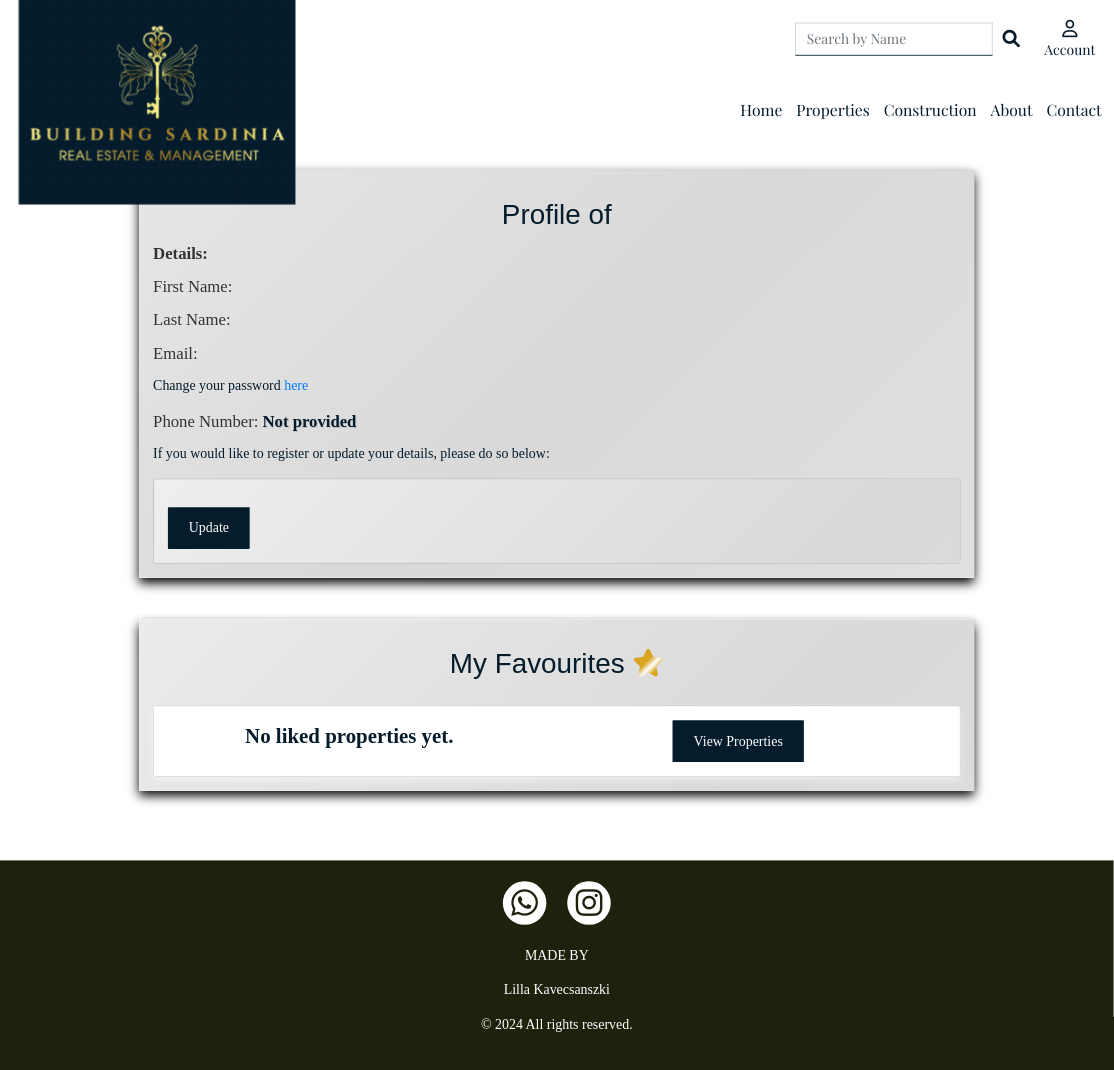
Repository: Lilla-Kavecsanszki/portfolio
Page: templates/profiles/user_profile.html
The author's editor kept a copy of each file at every save. The page is drawn from the files as they stood at one save, then again after the next save.
The browser window is 1280 px wide. The pictures show the whole page, at 87% of full size.
Some web fonts or font styles are not loaded; a fallback is used. The template is drawn by Django 3.2. The application's start-up code is not run. The template is opened directly, without the code that normally fills it, so the values that code supplies are empty.

Above is the page before, as saved 2024-10-07 18:22:51.

After the next save:
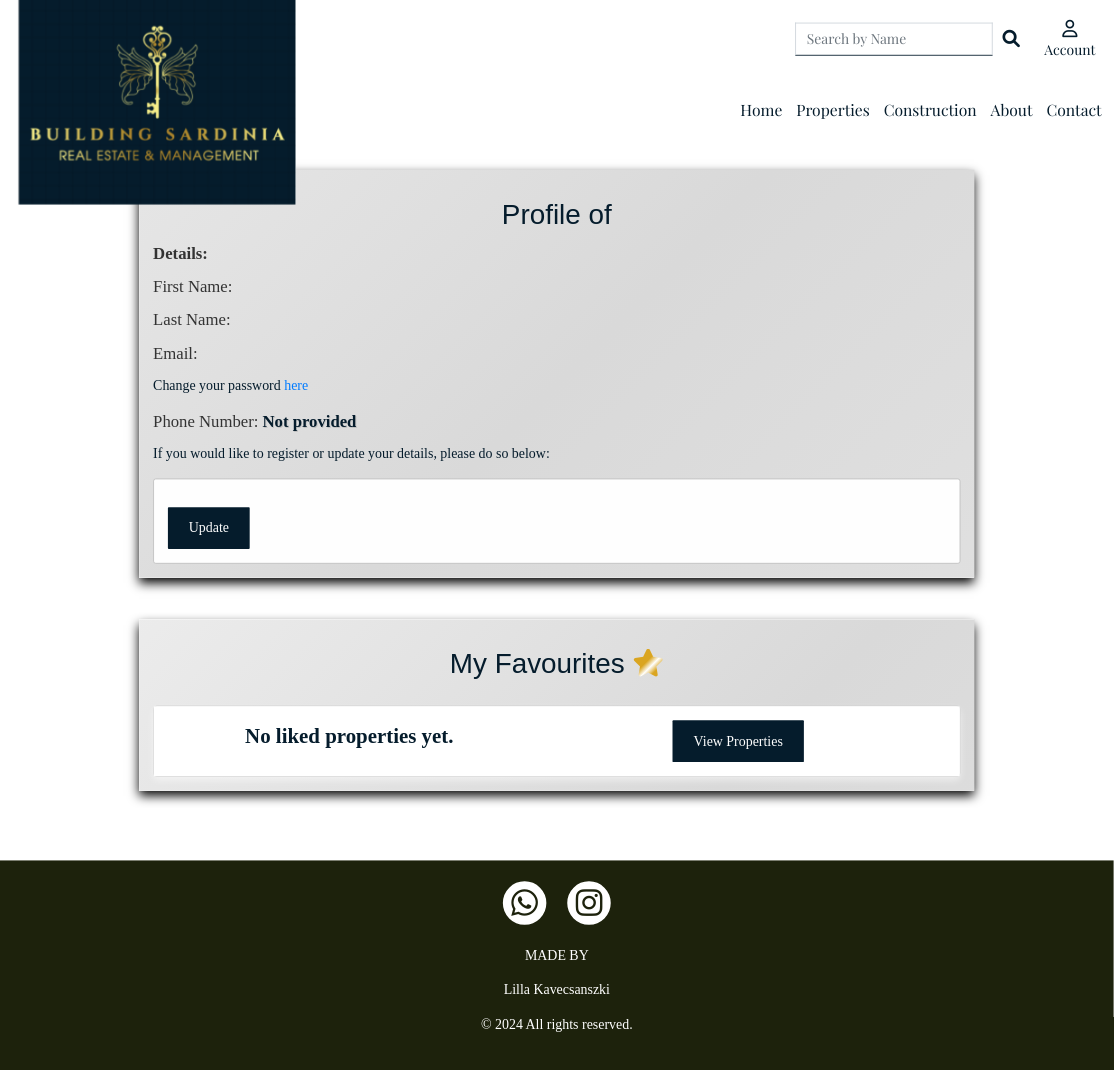
Saved 7 min 53 s later.
--- a/templates/profiles/user_profile.html
+++ b/templates/profiles/user_profile.html
@@ -20,7 +20,7 @@
                 <p class="larger">{% trans "Phone Number" %}: <strong>{{ profile.default_phone_number|default:_("Not provided") }}</strong></p>
             </div>
             <p class="small">{% trans "If you would like to register or update your details, please do so below" %}:</p>
-            <form method="post" action="{% url 'update_user_profile' %}" class="mirror-silver-background user-profile-form">
+            <form method="post" action="{% url 'update_user_profile' %}" class="user-profile-form">
                 {% csrf_token %}
                 <div class="form-group">
                     {{ form.first_name.label_tag }}
